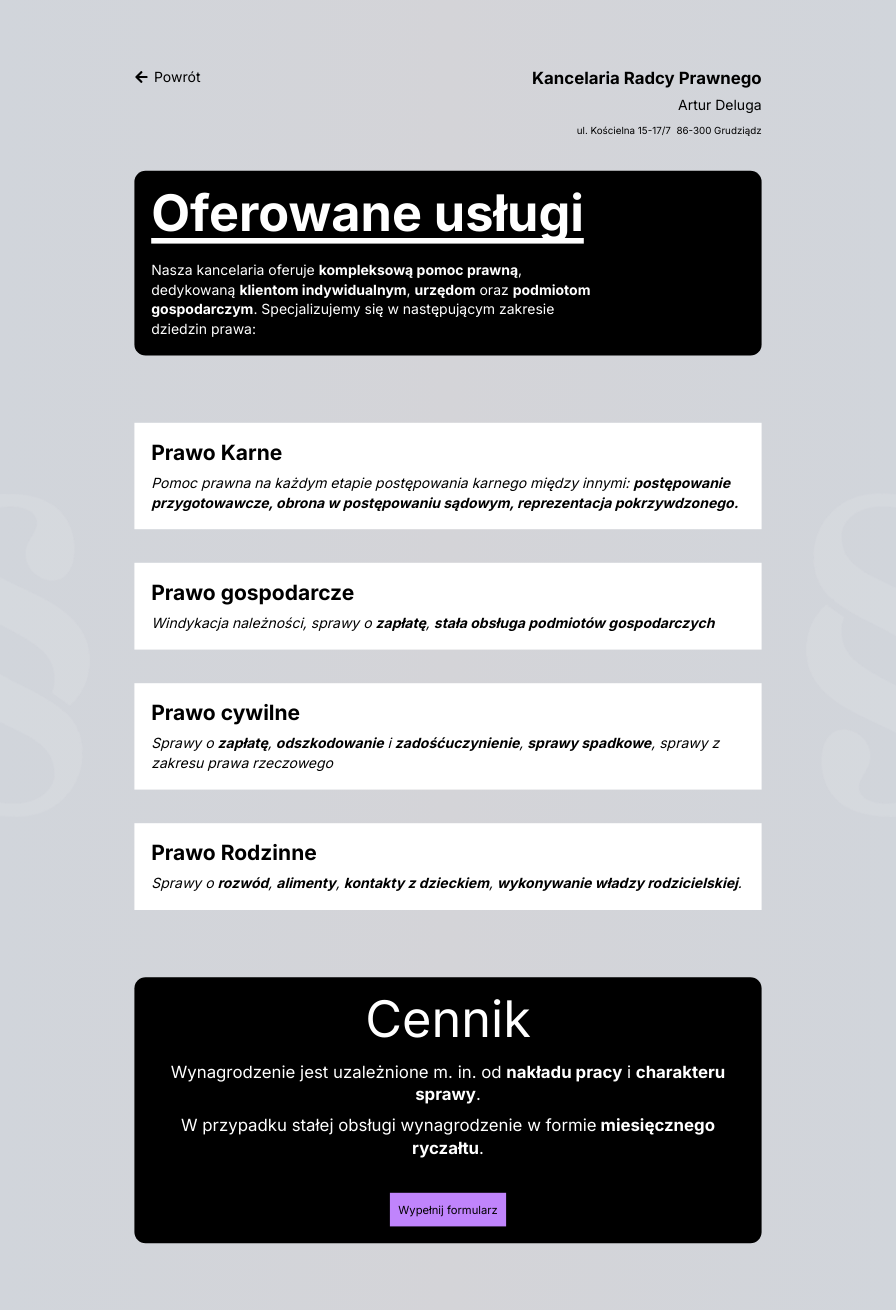
Repository: wesiudev/kancelaria-artur-deluga
Page: /oferta
The author's editor kept a copy of each file at every save. The page is drawn from the files as they stood at one save, then again after the next save.
The browser window is 1280 px wide. The pictures show the whole page, at 70% of full size.
The project was rebuilt for these pictures with package versions that can differ from the ones it lists, and the page was loaded fresh each time. The framework's server and built-in components were replaced by stand-ins that run in the browser. Also part of the build but not shown: next.config.js.

Above is the page before, as saved 2023-08-09 16:37:39.

### app/layout.tsx
import "./globals.css";
import type { Metadata } from "next";
import { Inter } from "next/font/google";

const inter = Inter({ subsets: ["latin"] });

export const metadata: Metadata = {
  title: "Kancelaria Radcy Prawnego Artur Deluga",
  description:
    "Kancelaria Radcy Prawnego Grudziądz Prawo Karne, Pracwo cywilne, Prawo gospodarcze, Prawo Rodzinne. ul. Kościelna 15-17/7 86-300 Grudziądz. Pomoc prawna na każdym etapie postępowania karnego (postępowanie przygotowawcze, obrona w postępowaniu sądowym, reprezentacja pokrzywdzonego, etc.)",
  viewport: "width=device-width, initial-scale=1",
  icons: {
    icon: "/favicon.png",
  },
};

export default function RootLayout({
  children,
}: {
  children: React.ReactNode;
}) {
  return (
    <html lang="pl" className="scroll-smooth ">
      <body className={inter.className}>{children}</body>
    </html>
  );
}

### app/oferta/page.tsx
"use client";
import Image from "next/image";
import paragraphImage from "@/app/assets/paragraph.png";
import Link from "next/link";
import { FaArrowLeft } from "react-icons/fa";
import { useState } from "react";
const sendContactForm = async (data: any) =>
  fetch("/api/mail", {
    method: "POST",
    body: JSON.stringify(data),
    headers: { "Content-Type": "application/json", Accept: "application/json" },
  }).then((res) => {
    if (!res.ok) throw new Error("Failed to send message");
    return res.json();
  });

export default function OfferMobile() {
  const [isContactOpen, setContactOpen] = useState(false);
  const [firstName, setFirstName] = useState<string>("");
  const [email, setEmail] = useState<string>("");
  const [message, setMessage] = useState<string>("");

  const onSubmit = async () => {
    try {
      await sendContactForm({
        firstName: firstName,
        email: email,
        message: message,
      });
    } catch (error) {}
  };
  return (
    <div className="w-full mx-auto z-[2000] bg-gradient-to-r from-gray-300 via-zinc-300 to-gray-300 overflow-x-hidden text-black">
      <div className="flex flex-col space-x-[100px] min-h-screen items-center py-24">
        <div className="flex flex-col w-[85vw] lg:w-[70vw] 2xl:w-[60vw] min-h-screen justify-center ">
          <Image
            src={paragraphImage}
            alt="Paragraf obrazek w tle"
            width={224}
            height={224}
            className="fixed opacity-10 -left-24 "
          />
          <Image
            src={paragraphImage}
            alt="Paragraf obrazek w tle"
            width={224}
            height={224}
            className="fixed opacity-10 -right-24 rotate-180"
          />
          <div className="flex flex-col justify-between w-full">
            <div className="flex flex-row justify-between">
              <div className="w-1/2">
                <Link
                  className="group flex flex-row items-center mb-12 text-xl w-max"
                  href="/"
                >
                  <FaArrowLeft className="mr-2" />
                  <span className="hover:underline hover:underline-offset-4">
                    {" "}
                    Powrót
                  </span>
                </Link>
              </div>
              <div>
                <h1 className="text-xl lg:text-2xl text-right sm:text-left font-bold">
                  Kancelaria Radcy Prawnego
                </h1>
                <div className="w-full flex justify-end">
                  <h2 className="text-xl mb-12 lg:mb-0 mt-2">Artur Deluga</h2>
                </div>
                <div
                  className={` flex-row space-x-2 text-sm justify-end mt-3 mb-12 hidden lg:flex`}
                >
                  <div>ul. Kościelna 15-17/7</div>
                  <div>86-300 Grudziądz</div>
                </div>
              </div>
            </div>

            <div className="p-6 rounded-2xl bg-black text-white">
              <div className="w-max">
                <h1 className="w-max text-4xl md:text-5xl lg:text-7xl  font-bold">
                  Oferowane usługi
                </h1>
                <div className="h-2 w-full mb-6 bg-white" />
              </div>

              <h2 className="text-left text-xl w-full lg:w-3/4 ">
                Nasza kancelaria oferuje{" "}
                <span className="font-bold"> kompleksową pomoc prawną</span>,
                dedykowaną{" "}
                <span className="font-bold">klientom indywidualnym</span>,{" "}
                <span className="font-bold">urzędom</span> oraz{" "}
                <span className="font-bold">podmiotom gospodarczym</span>.
                Specjalizujemy się w następującym zakresie dziedzin prawa:
              </h2>
            </div>
          </div>
          <div className="relative text-black flex flex-col space-y-12 mt-24">
            <div className="max-h-[50vh] border-0 hover:scale-105 duration-300 hover:bg-opacity-100 cursor-default   bg-white  flex flex-col p-6 justify-between">
              <h1 className="text-xl lg:text-3xl font-bold">Prawo Karne</h1>
              <p className="text-sm sm:text-xl mt-3 italic">
                Pomoc prawna na każdym etapie postępowania karnego między
                innymi:{" "}
                <span className="font-bold">
                  postępowanie przygotowawcze, obrona w postępowaniu sądowym,
                  reprezentacja pokrzywdzonego.
                </span>
              </p>
            </div>
            <div className="max-h-[50vh] border-0 hover:scale-105 duration-300 hover:bg-opacity-100 cursor-default   bg-white  flex flex-col justify-between p-6">
              <h1 className="text-xl lg:text-3xl font-bold">
                Prawo gospodarcze
              </h1>
              <p className="text-sm sm:text-xl mt-3 italic">
                Windykacja należności, sprawy o{" "}
                <span className="font-bold">zapłatę</span>,{" "}
                <span className="font-bold">
                  stała obsługa podmiotów gospodarczych
                </span>
              </p>
            </div>

            <div className="max-h-[50vh] border-0 hover:scale-105 duration-300 hover:bg-opacity-100 cursor-default  bg-white  flex flex-col p-6 justify-between">
              <h1 className="text-xl lg:text-3xl font-bold">Prawo cywilne</h1>
              <p className="text-sm sm:text-xl mt-3 italic">
                Sprawy o <span className="font-bold">zapłatę</span>,{" "}
                <span className="font-bold">odszkodowanie</span> i{" "}
                <span className="font-bold">zadośćuczynienie</span>,{" "}
                <span className="font-bold">sprawy spadkowe</span>, sprawy z
                zakresu prawa rzeczowego
              </p>
            </div>
            <div className="max-h-[50vh] border-0 hover:scale-105 duration-300 hover:bg-opacity-100 cursor-default   bg-white  flex flex-col p-6 justify-between">
              <h1 className="text-xl lg:text-3xl font-bold">Prawo Rodzinne</h1>
              <p className="text-sm sm:text-xl mt-3 italic">
                Sprawy o <span className="font-bold">rozwód</span>,{" "}
                <span className="font-bold">alimenty</span>,{" "}
                <span className="font-bold">kontakty z dzieckiem</span>,{" "}
                <span className="font-bold">
                  wykonywanie władzy rodzicielskiej
                </span>
                .
              </p>
            </div>
          </div>
          <div className="text-white flex flex-col h-max my-auto px-3 lg:px-12  text-center relative w-full mt-12  lg:mx-auto lg:mt-24 bg-black  lg:py-6 rounded-2xl">
            <h1 className="text-5xl lg:text-7xl ">Cennik</h1>
            <p className="mt-6 text-base lg:text-2xl">
              Wynagrodzenie jest uzależnione m. in. od{" "}
              <span className="font-bold"> nakładu pracy</span> i{" "}
              <span className="font-bold">charakteru sprawy</span>.
            </p>
            <p className="mt-3 text-sm lg:text-2xl">
              W przypadku stałej obsługi wynagrodzenie w formie
              <span className="font-bold"> miesięcznego ryczałtu</span>.
            </p>
            <button
              onClick={() => setContactOpen(true)}
              className=" p-3 bg-purple-400 hover:bg-purple-300 duration-300 text-black mt-12 w-max mx-auto"
            >
              Wypełnij formularz
            </button>
          </div>
          <div
            className={` flex-row space-x-2 text-sm justify-center mt-12 flex lg:hidden z-[1000]`}
          >
            <div>ul. Kościelna 15-17/7</div>
            <div>86-300 Grudziądz</div>
          </div>
        </div>
      </div>
      <div
        className={`w-[80vw] fixed left-[50%] -translate-x-[50%] top-[50%] -translate-y-[50%] bg-gradient-to-bl from-black to-zinc-800 lg:w-max h-max px-12 rounded-3xl py-6 duration-300 ${
          isContactOpen ? "z-[2000] opacity-100" : "z-[-1000] opacity-0"
        }`}
      >
        <h1 className="text-3xl text-center">Kontakt</h1>

        <div className="flex flex-col space-y-3 mt-6 lg:mt-12">
          <div className="flex flex-col lg:flex-row lg:space-x-3">
            <div className="flex flex-col">
              Imię{" "}
              <input
                onChange={(e) => setFirstName(e.target.value)}
                value={firstName}
                id="fName"
                type="text"
                className="mt-2 text-black"
              />
            </div>
            <div className="flex flex-col mt-3 lg:mt-0">
              Email{" "}
              <input
                onChange={(e) => setEmail(e.target.value)}
                value={email}
                type="text"
                className="mt-2 text-black"
              />
            </div>
          </div>
          <div className="flex flex-col mt-2">
            Treść{" "}
            <textarea
              onChange={(e) => setMessage(e.target.value)}
              value={message}
              className="h-full resize-none text-black"
            ></textarea>
          </div>
        </div>
        <div className="w-full flex space-x-3">
          <button
            onClick={() => setContactOpen(false)}
            className="w-1/2 hover:underline py-2 mt-8"
          >
            Powrót
          </button>
          <button
            onClick={onSubmit}
            className="w-1/2 bg-purple-400 hover:bg-purple-300 duration-300 py-2 mt-8"
          >
            Wyślij
          </button>
        </div>
      </div>
    </div>
  );
}

### app/globals.css
@tailwind base;
@tailwind components;
@tailwind utilities;

:root {
  --foreground-rgb: 0, 0, 0;
  --background-start-rgb: 214, 219, 220;
  --background-end-rgb: 255, 255, 255;
}

@media (prefers-color-scheme: dark) {
  :root {
    --foreground-rgb: 255, 255, 255;
    --background-start-rgb: 0, 0, 0;
    --background-end-rgb: 0, 0, 0;
  }
}

body {
  color: rgb(var(--foreground-rgb));
  background: linear-gradient(
      to bottom,
      transparent,
      rgb(var(--background-end-rgb))
    )
    rgb(var(--background-start-rgb));
}

.expand {
  position: relative;
  text-decoration: none;
  display: inline-block;
}
.expand:after {
  display: block;
  content: "";
  border-bottom: solid 3px white;
  transform: scaleX(0);
  transition: transform 250ms ease-in-out;
  transform-origin: 100% 50%;
}
.expand:hover:after {
  transform: scaleX(1);
  transform-origin: 0 50%;
}

.caps {
  font-variant: small-caps;
}
html {
  scroll-behavior: smooth;
  color: #1a1a1a;
}

Loaded but not shown: tailwind.config.js (common file)

After the next save:
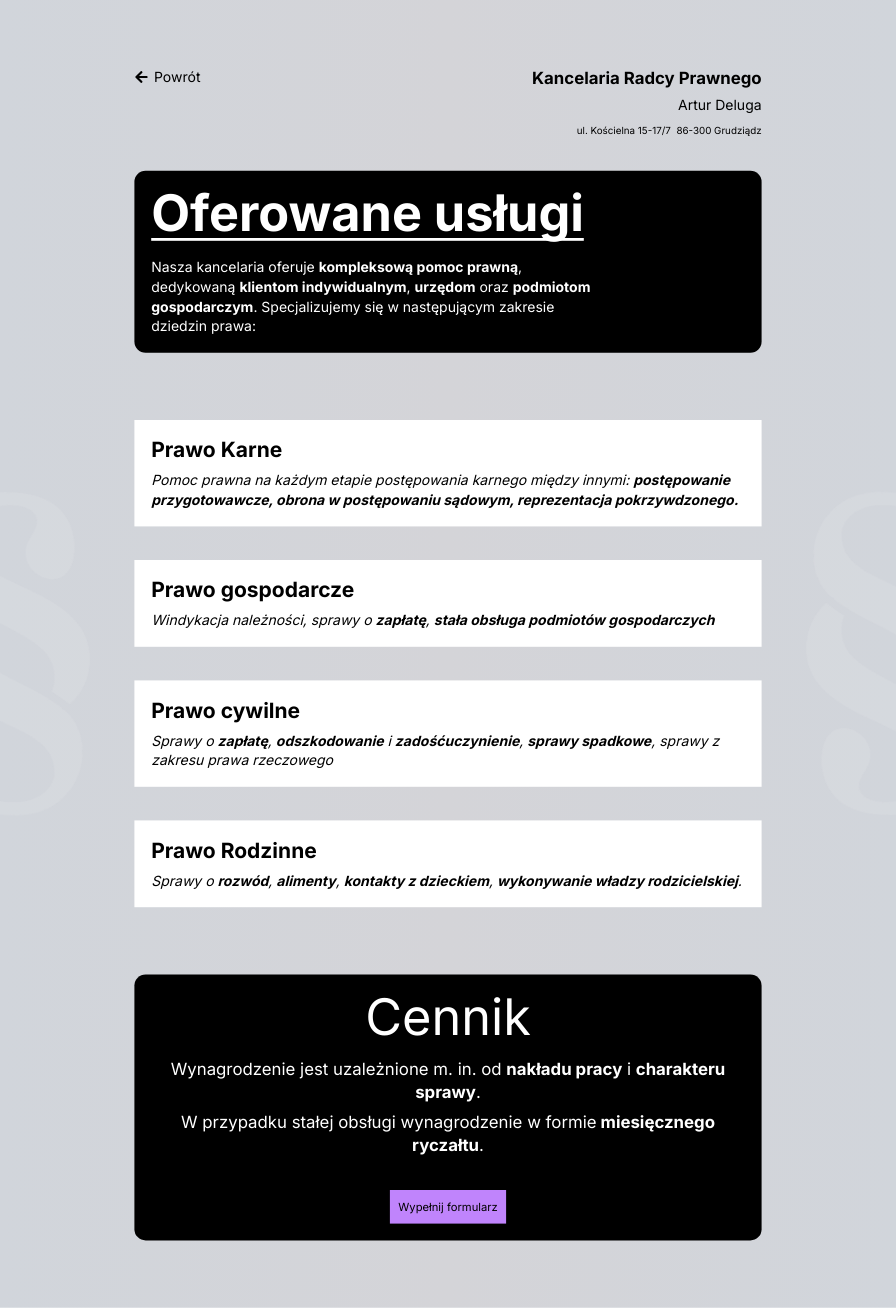
Saved 4 s later.
--- a/app/oferta/page.tsx
+++ b/app/oferta/page.tsx
@@ -82,7 +82,7 @@ export default function OfferMobile() {
                 <h1 className="w-max text-4xl md:text-5xl lg:text-7xl  font-bold">
                   Oferowane usługi
                 </h1>
-                <div className="h-2 w-full mb-6 bg-white" />
+                <div className="h-1 w-full mb-6 bg-white" />
               </div>
 
               <h2 className="text-left text-xl w-full lg:w-3/4 ">
